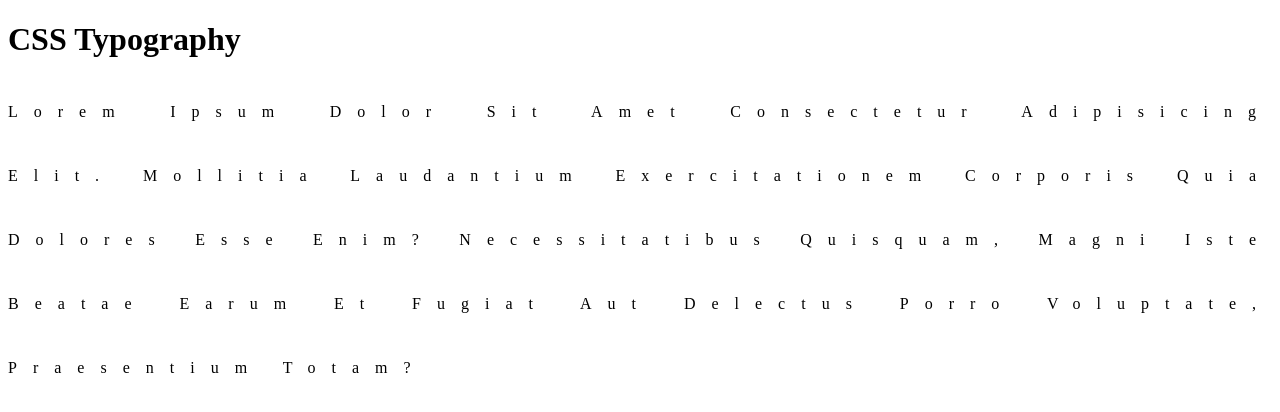
Repository: madhurik9999/Css
Page: index.html
The author's editor kept a copy of each file at every save. The page is drawn from the files as they stood at one save, then again after the next save.
The browser window is 1280 px wide. The pictures show the whole page.

Above is the page before, as saved 2023-12-10 13:29:11.

After the next save:
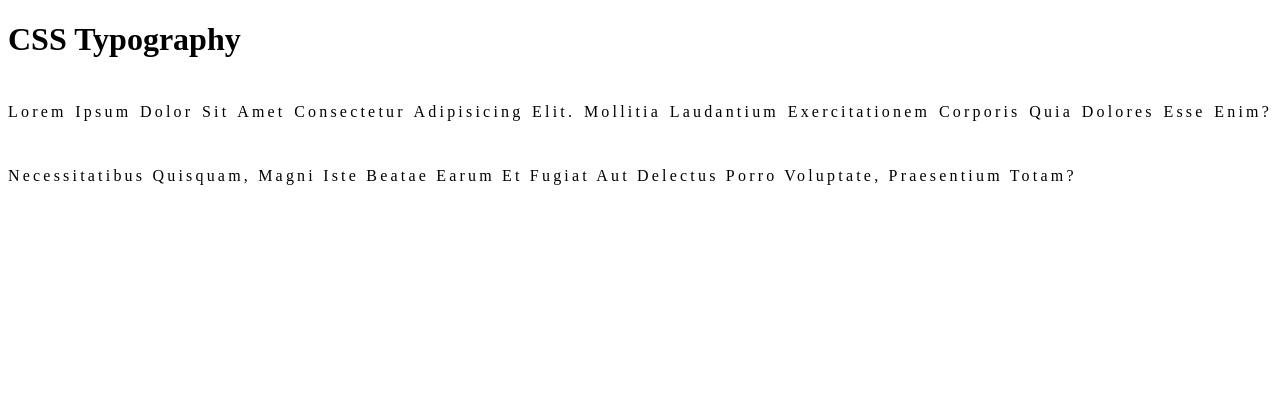
Saved 4 s later.
--- a/styles/style.css
+++ b/styles/style.css
@@ -17,5 +17,5 @@ p {
     text-align: justify;
     /* text-indent: 5em;  // tab */
     line-height: 4rem;
-    letter-spacing: 1rem;
+    letter-spacing: 0.2rem;
 }
